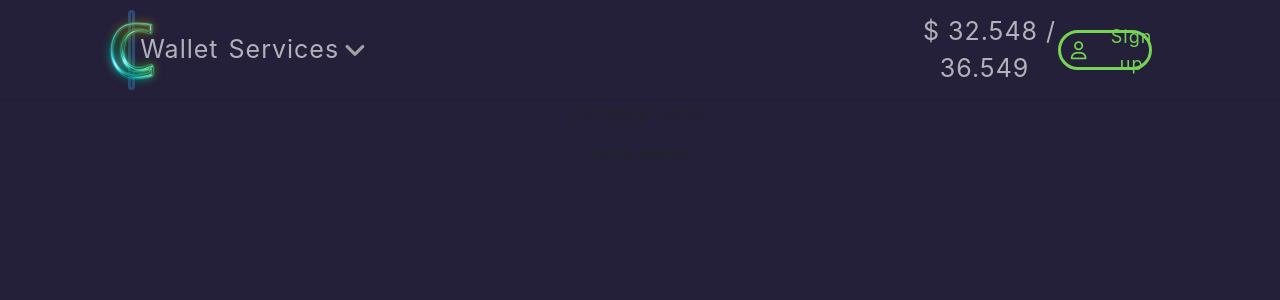
Repository: YuriyBen/Corzbank
Page: / (app in Corzbank.Web/ClientApp/)
The author's editor kept a copy of each file at every save. The page is drawn from the files as they stood at one save, then again after the next save.
The browser window is 1280 px wide. The pictures show the whole page.
Some web libraries are served in a nearby version. The project was rebuilt for these pictures with package versions that can differ from the ones it lists, and the page was loaded fresh each time. Also part of the build but not shown: Corzbank.Web/ClientApp/angular.json.

Above is the page before, as saved 2022-05-19 22:40:19.

After the next save:
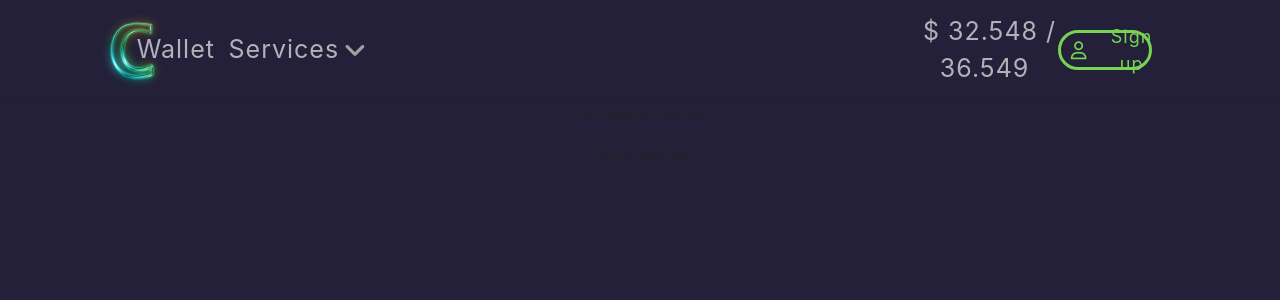
Saved 55 s later.
--- a/Corzbank.Web/ClientApp/src/app/header/header.component.html
+++ b/Corzbank.Web/ClientApp/src/app/header/header.component.html
@@ -1,8 +1,5 @@
 <div class="navbar">
     <div class="left-block">
-        <div class="circle">
-
-        </div>
         <div class="logo">
             <img src="assets/photos/logo.png" alt="logo">
         </div>
